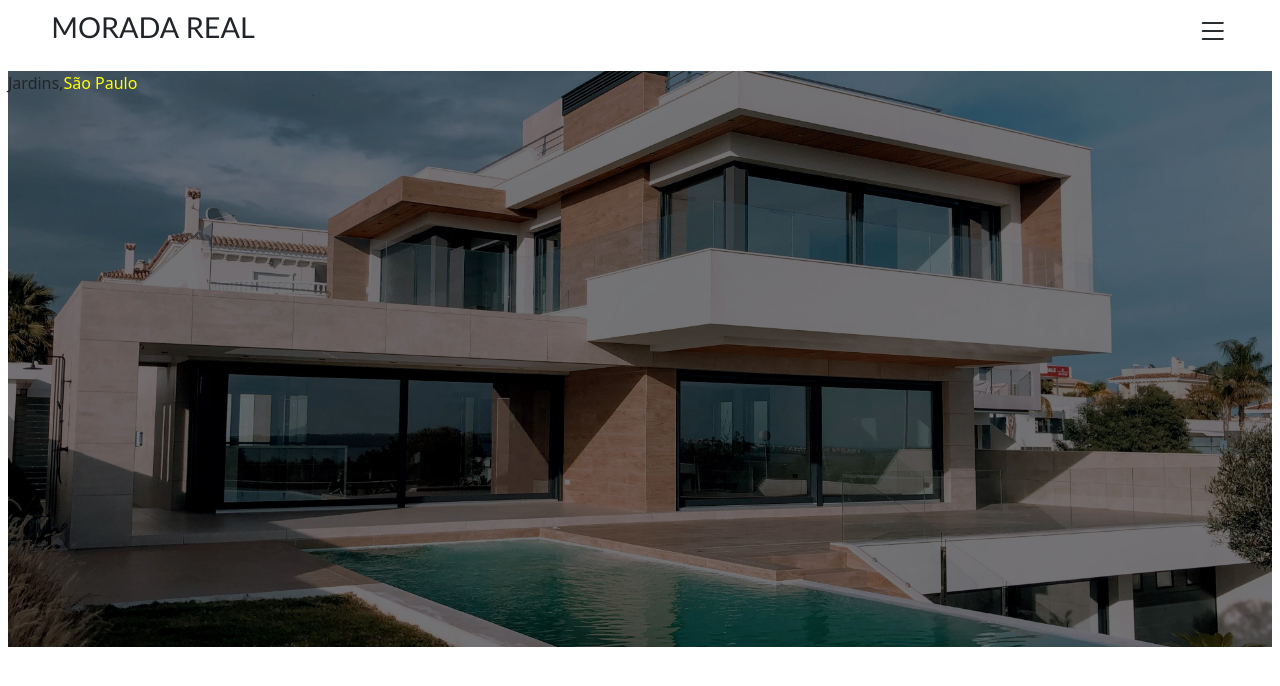
Repository: Mattyns/moradareal
Page: index.html
The author's editor kept a copy of each file at every save. The page is drawn from the files as they stood at one save, then again after the next save.
The browser window is 1280 px wide. The pictures show the whole page.

Above is the page before, as saved 2025-07-10 17:48:56.

After the next save:
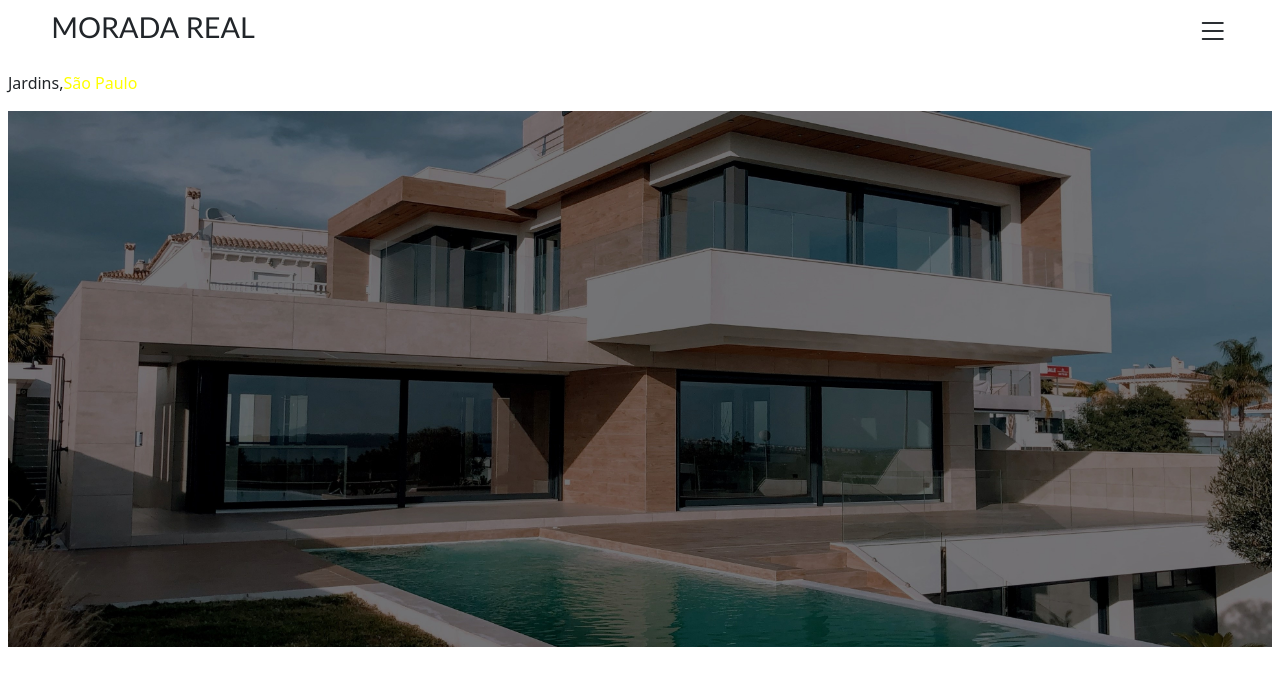
Saved 4 s later.
--- a/style/style.css
+++ b/style/style.css
@@ -44,7 +44,7 @@
 
 .local {
     display: flex;
-    background-color: ;
+    background-color: var(--branco);
 }
 
 .local__text--contrast {
